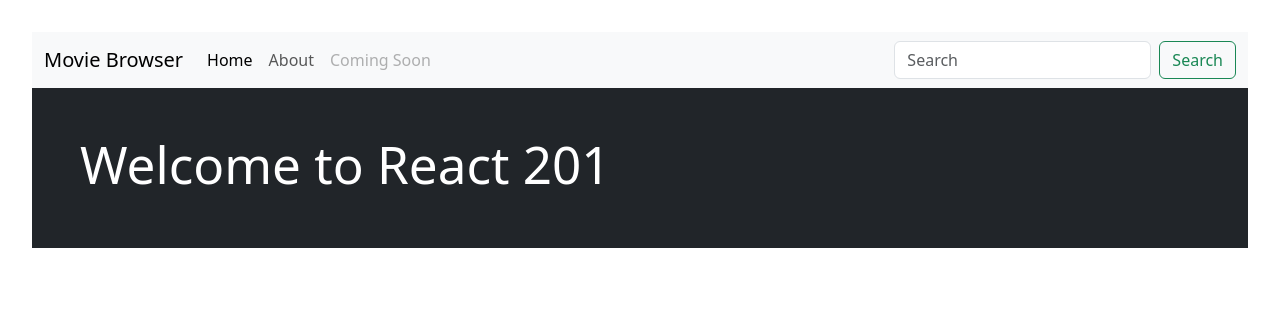
Repository: blordeus/movie-search-browser
Page: / (app in movie-browser/)
An editor plug-in stored every save of this project. The page is shown before and after a run of saves, followed by the edit.
The browser window is 1280 px wide. The pictures show the whole page.
The project was rebuilt for these pictures with package versions that can differ from the ones it lists, and the page was loaded fresh each time. Also part of the build but not shown: movie-browser/vite.config.js, movie-browser/src/components/About.jsx.

Above is the page before, as saved 2023-09-03 15:14:14.

After the next 2 saves:
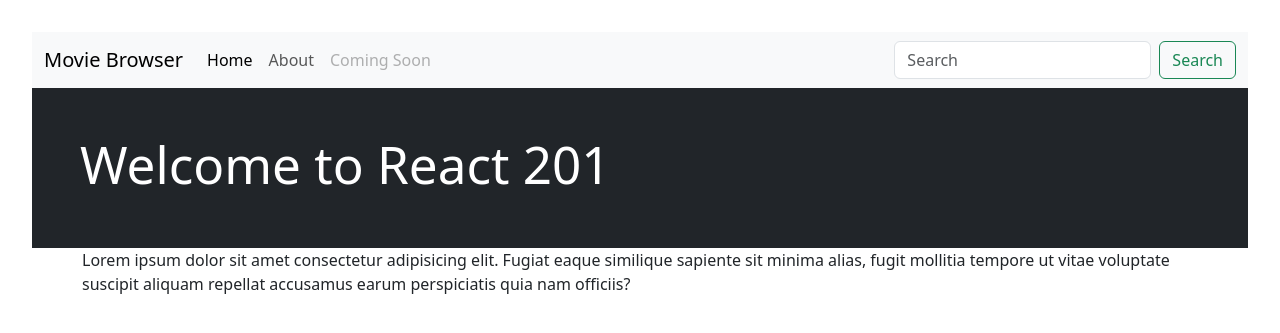
The 2 saves are shown as one change because they came seconds apart.
The last was saved 10 s later.
--- a/movie-browser/src/components/Home.jsx
+++ b/movie-browser/src/components/Home.jsx
@@ -7,7 +7,7 @@
         <div className="container">
           <div className="row">
             <div className="col-md-12">
-
+              Lorem ipsum dolor sit amet consectetur adipisicing elit. Fugiat eaque similique sapiente sit minima alias, fugit mollitia tempore ut vitae voluptate suscipit aliquam repellat accusamus earum perspiciatis quia nam officiis?
             </div>
           </div>
         </div>
